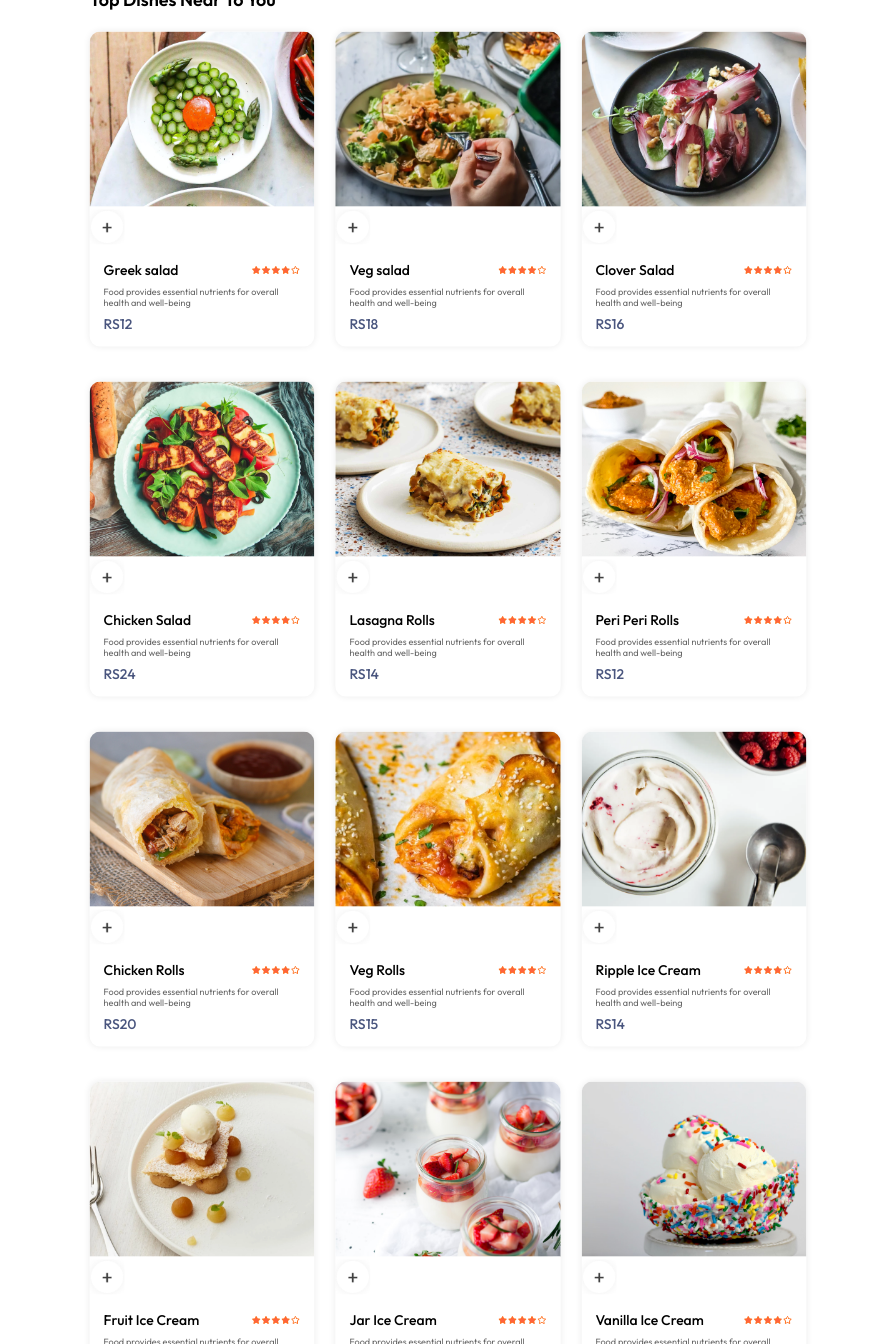
Repository: Attar786/Food-ordering-app
Page: / (app in frontend/)
An editor plug-in stored every save of this project. The page is shown before and after the next save, followed by the edit.
The browser window is 1280 px wide. The pictures show the part of the page from y = 943 to 2863 px (the page is 6438 px tall before and 5844 px after), at 70% of full size.
The project was rebuilt for these pictures with package versions that can differ from the ones it lists, and the page was loaded fresh each time. Also part of the build but not shown: frontend/vite.config.js, frontend/src/pages/Cart/Cart.css, frontend/src/pages/Cart/Cart.jsx, frontend/src/pages/PlaceOrder/PlaceOrder.css, frontend/src/pages/PlaceOrder/PlaceOrder.jsx.

Above is the page before, as saved 2024-07-26 18:49:40.

### frontend/src/main.jsx
import ReactDOM from 'react-dom/client'
import App from './App.jsx'
import './index.css'
import {BrowserRouter} from 'react-router-dom'
import StoreContextProvider from './context/StoreContext.jsx'
ReactDOM.createRoot(document.getElementById('root')).render(
<BrowserRouter>

<StoreContextProvider>
<App />
</StoreContextProvider>

    </BrowserRouter>
)

### frontend/src/App.jsx
import './index.css'
import Navbar from "./components/Navbar/Navbar"
import Home from './pages/Home/Home'
import Cart from './pages/Cart/Cart'
import PlaceOrder from './pages/PlaceOrder/PlaceOrder'
import { Route, Routes } from 'react-router-dom'


function App() {

  return (
    <>

  <div className='app'>
  <Navbar/>
<Routes>
<Route path='/' element={<Home/>}/>
<Route path='/cart' element={<Cart/>}/>
<Route path='/order' element={<PlaceOrder/>}/>

</Routes>
  </div>
    </>
  )
}

export default App

### frontend/src/index.css
@import url('https://fonts.googleapis.com/css2?family=Outfit:wght@100..900&display=swap');


*{
margin: 0;
padding: 0;
 box-sizing: border-box;
 font-family: outfit;
}
body{
height: 100vh;
}
a{
text-decoration: none;
color : inherit;
}
.app{
    width: 80%;
    margin: auto;
}
@keyframes fadeIn{
    0%{
        opacity: 0;
    }
    100%{
        opacity: 1;
    }
}

### frontend/src/context/StoreContext.jsx
// import './StoreContext.css';
// import { createContext } from 'react';
// import { food_list } from '../assets/assets';
// export const StoreContext = createContext(null);

// const StoreContextProvider = (props) => {
//   const contextValue = {};
//   food_list
//   return (
//     <StoreContext.Provider value={contextValue}>
//       {props.children}
//     </StoreContext.Provider>
//   );
// };

// export default StoreContextProvider;

import './StoreContext.css';
import { createContext } from 'react';
import { food_list } from '../assets/assets'; // Ensure this path is correct and food_list is correctly exported

export const StoreContext = createContext(null);

const StoreContextProvider = (props) => {
  const contextValue = {
    food_list, // Assign food_list to contextValue
  };

  return (
    <StoreContext.Provider value={contextValue}>
      {props.children}
    </StoreContext.Provider>
  );
};

export default StoreContextProvider;

### frontend/src/components/Navbar/Navbar.jsx
import { useState } from 'react';
import './Navbar.css';
import { assets } from '../../assets/assets';

const Navbar = () => {
  const [menu, setMenu] = useState("home");

  const handleMenuClick = (menuItem) => {
    setMenu(menuItem);
  };

  return (
    <div className="Navbar">
      <img src={assets.logo} alt="Logo" className="logo" />
      <ul className="navbar-menu">
        <li onClick={() => handleMenuClick("home")} className={menu === "home" ? "active" : ""}>Home</li>
        <li onClick={() => handleMenuClick("menu")} className={menu === "menu" ? "active" : ""}>Menu</li>
        <li onClick={() => handleMenuClick("mobile-app")} className={menu === "mobile-app" ? "active" : ""}>Mobile App</li>
        <li onClick={() => handleMenuClick("contact-us")} className={menu === "contact-us" ? "active" : ""}>Contact Us</li>
      </ul>
      <div className="navbar-right">
        <img src={assets.search_icon} alt="search-icon" />
        <div>
          <img src={assets.basket_icon} alt="icons" />
          <div className="dot"></div>
        </div>
        <button>Sign In</button>
      </div>
    </div>
  );
}

export default Navbar;

### frontend/src/pages/Home/Home.jsx
import {useState} from 'react'
import Header from '../../components/Header/Header'
import ExploreMenu from '../../components/ExploreMenu/ExploreMenu'
import './Home.css'
import FoodDisplay from '../../components/FoodDisplay/FoodDisplay'

const Home = () => {
    const [category , setCategory ] = useState('All')
  return (
    <>
<Header/>
<ExploreMenu category={category} setCategory={setCategory}/>
<FoodDisplay category={category} />

</>
)
}

export default Home

### frontend/src/assets/assets.js
import basket_icon from './basket_icon.png'
import logo from './logo.png'
import header_img from './header_img.png'
import search_icon from './search_icon.png'
import menu_1 from './menu_1.png'
import menu_2 from './menu_2.png'
import menu_3 from './menu_3.png'
import menu_4 from './menu_4.png'
import menu_5 from './menu_5.png'
import menu_6 from './menu_6.png'
import menu_7 from './menu_7.png'
import menu_8 from './menu_8.png'

import food_1 from './food_1.png'
import food_2 from './food_2.png'
import food_3 from './food_3.png'
import food_4 from './food_4.png'
import food_5 from './food_5.png'
import food_6 from './food_6.png'
import food_7 from './food_7.png'
import food_8 from './food_8.png'
import food_9 from './food_9.png'
import food_10 from './food_10.png'
import food_11 from './food_11.png'
import food_12 from './food_12.png'
import food_13 from './food_13.png'
import food_14 from './food_14.png'
import food_15 from './food_15.png'
import food_16 from './food_16.png'
import food_17 from './food_17.png'
import food_18 from './food_18.png'
import food_19 from './food_19.png'
import food_20 from './food_20.png'
import food_21 from './food_21.png'
import food_22 from './food_22.png'
import food_23 from './food_23.png'
import food_24 from './food_24.png'
import food_25 from './food_25.png'
import food_26 from './food_26.png'
import food_27 from './food_27.png'
import food_28 from './food_28.png'
import food_29 from './food_29.png'
import food_30 from './food_30.png'
import food_31 from './food_31.png'
import food_32 from './food_32.png'

import add_icon_white from './add_icon_white.png'
import add_icon_green from './add_icon_green.png'
import remove_icon_red from './remove_icon_red.png'
import app_store from './app_store.png'
import play_store from './play_store.png'
import linkedin_icon from './linkedin_icon.png'
import facebook_icon from './facebook_icon.png'
import twitter_icon from './twitter_icon.png'
import cross_icon from './cross_icon.png'
import selector_icon from './selector_icon.png'
import rating_starts from './rating_starts.png'
import profile_icon from './profile_icon.png'
import bag_icon from './bag_icon.png'
import logout_icon from './logout_icon.png'
import parcel_icon from './parcel_icon.png'

export const assets = {
    logo,
    basket_icon,
    header_img,
    search_icon,
    rating_starts,
    add_icon_green,
    add_icon_white,
    remove_icon_red,
    app_store,
    play_store,
    linkedin_icon,
    facebook_icon,
    twitter_icon,
    cross_icon,
    selector_icon,
    profile_icon,
    logout_icon,
    bag_icon,
    parcel_icon
}

export const menu_list = [
    {
        menu_name: "Salad",
        menu_image: menu_1
    },
    {
        menu_name: "Rolls",
        menu_image: menu_2
    },
    {
        menu_name: "Deserts",
        menu_image: menu_3
    },
    {
        menu_name: "Sandwich",
        menu_image: menu_4
    },
    {
        menu_name: "Cake",
        menu_image: menu_5
    },
    {
        menu_name: "Pure Veg",
        menu_image: menu_6
    },
    {
        menu_name: "Pasta",
        menu_image: menu_7
    },
    {
        menu_name: "Noodles",
        menu_image: menu_8
    }]

export const food_list = [
    {
        _id: "1",
        name: "Greek salad",
        image: food_1,
        price: 12,
        description: "Food provides essential nutrients for overall health and well-being",
        category: "Salad"
    },
    {
        _id: "2",
        name: "Veg salad",
        image: food_2,
        price: 18,
        description: "Food provides essential nutrients for overall health and well-being",
        category: "Salad"
    }, {
        _id: "3",
        name: "Clover Salad",
        image: food_3,
        price: 16,
        description: "Food provides essential nutrients for overall health and well-being",
        category: "Salad"
    }, {
        _id: "4",
        name: "Chicken Salad",
        image: food_4,
        price: 24,
        description: "Food provides essential nutrients for overall health and well-being",
        category: "Salad"
    }, {
        _id: "5",
        name: "Lasagna Rolls",
        image: food_5,
        price: 14,
        description: "Food provides essential nutrients for overall health and well-being",
        category: "Rolls"
    }, {
        _id: "6",
        name: "Peri Peri Rolls",
        image: food_6,
        price: 12,
        description: "Food provides essential nutrients for overall health and well-being",
        category: "Rolls"
    }, {
        _id: "7",
        name: "Chicken Rolls",
        image: food_7,
        price: 20,
        description: "Food provides essential nutrients for overall health and well-being",
        category: "Rolls"
    }, {
        _id: "8",
        name: "Veg Rolls",
        image: food_8,
        price: 15,
        description: "Food provides essential nutrients for overall health and well-being",
        category: "Rolls"
    }, {
        _id: "9",
        name: "Ripple Ice Cream",
        image: food_9,
        price: 14,
        description: "Food provides essential nutrients for overall health and well-being",
        category: "Deserts"
    }, {
        _id: "10",
        name: "Fruit Ice Cream",
        image: food_10,
        price: 22,
        description: "Food provides essential nutrients for overall health and well-being",
        category: "Deserts"
    }, {
        _id: "11",
        name: "Jar Ice Cream",
        image: food_11,
        price: 10,
        description: "Food provides essential nutrients for overall health and well-being",
        category: "Deserts"
    }, {
        _id: "12",
        name: "Vanilla Ice Cream",
        image: food_12,
        price: 12,
        description: "Food provides essential nutrients for overall health and well-being",
        category: "Deserts"
    },
    {
        _id: "13",
        name: "Chicken Sandwich",
        image: food_13,
        price: 12,
        description: "Food provides essential nutrients for overall health and well-being",
        category: "Sandwich"
    },
    {
        _id: "14",
        name: "Vegan Sandwich",
        image: food_14,
        price: 18,
        description: "Food provides essential nutrients for overall health and well-being",
        category: "Sandwich"
    }, {
        _id: "15",
        name: "Grilled Sandwich",
        image: food_15,
        price: 16,
        description: "Food provides essential nutrients for overall health and well-being",
        category: "Sandwich"
    }, {
        _id: "16",
        name: "Bread Sandwich",
        image: food_16,
        price: 24,
        description: "Food provides essential nutrients for overall health and well-being",
        category: "Sandwich"
    }, {
        _id: "17",
        name: "Cup Cake",
        image: food_17,
        price: 14,
        description: "Food provides essential nutrients for overall health and well-being",
        category: "Cake"
    }, {
        _id: "18",
        name: "Vegan Cake",
        image: food_18,
        price: 12,
        description: "Food provides essential nutrients for overall health and well-being",
        category: "Cake"
    }, {
        _id: "19",
        name: "Butterscotch Cake",
        image: food_19,
        price: 20,
        description: "Food provides essential nutrients for overall health and well-being",
        category: "Cake"
    }, {
        _id: "20",
        name: "Sliced Cake",
        image: food_20,
        price: 15,
        description: "Food provides essential nutrients for overall health and well-being",
        category: "Cake"
    }, {
        _id: "21",
        name: "Garlic Mushroom ",
        image: food_21,
        price: 14,
        description: "Food provides essential nutrients for overall health and well-being",
        category: "Pure Veg"
    }, {
        _id: "22",
        name: "Fried Cauliflower",
        image: food_22,
        price: 22,
        description: "Food provides essential nutrients for overall health and well-being",
        category: "Pure Veg"
    }, {
        _id: "23",
        name: "Mix Veg Pulao",
        image: food_23,
        price: 10,
        description: "Food provides essential nutrients for overall health and well-being",
        category: "Pure Veg"
    }, {
        _id: "24",
        name: "Rice Zucchini",
        image: food_24,
        price: 12,
        description: "Food provides essential nutrients for overall health and well-being",
        category: "Pure Veg"
    },
    {
        _id: "25",
        name: "Cheese Pasta",
        image: food_25,
        price: 12,
        description: "Food provides essential nutrients for overall health and well-being",
        category: "Pasta"
    },
    {
        _id: "26",
        name: "Tomato Pasta",
        image: food_26,
        price: 18,
        description: "Food provides essential nutrients for overall health and well-being",
        category: "Pasta"
    }, {
        _id: "27",
        name: "Creamy Pasta",
        image: food_27,
        price: 16,
        description: "Food provides essential nutrients for overall health and well-being",
        category: "Pasta"
    }, {
        _id: "28",
        name: "Chicken Pasta",
        image: food_28,
        price: 24,
        description: "Food provides essential nutrients for overall health and well-being",
        category: "Pasta"
    }, {
        _id: "29",
        name: "Buttter Noodles",
        image: food_29,
        price: 14,
        description: "Food provides essential nutrients for overall health and well-being",
        category: "Noodles"
    }, {
        _id: "30",
        name: "Veg Noodles",
        image: food_30,
        price: 12,
        description: "Food provides essential nutrients for overall health and well-being",
        category: "Noodles"
    }, {
        _id: "31",
        name: "Somen Noodles",
        image: food_31,
        price: 20,
        description: "Food provides essential nutrients for overall health and well-being",
        category: "Noodles"
    }, {
        _id: "32",
        name: "Cooked Noodles",
        image: food_32,
        price: 15,
        description: "Food provides essential nutrients for overall health and well-being",
        category: "Noodles"
    }
]

### frontend/src/components/Navbar/Navbar.css
.Navbar{
    padding: 20px 0;
    display: flex;
    justify-content: space-between;
    align-items: center;
}
.Navbar .logo{
    width: 150px;
}
.navbar-menu{
    display: flex;
    list-style: none;
    gap: 20px;
    font: 18px;
    color: #49557e;
    cursor: pointer;
}
.navbar-right{
    display: flex;
    align-items: center;
    gap: 25px;

}
.Navbar button{
    font-size: 15px;
    border: 1px solid #49557e;
    background: transparent;
    padding: 10px 25px;
    cursor: pointer;
    border-radius: 40px;
    transition: 0.3s;
}
.Navbar button:hover{
    background-color: #fff4f2;
}
.Navbar .navbar-menu .active{
    padding-bottom: 2px;
    border-bottom: 2px solid #49557e;

}
.search-icon{
    position: relative;
}
/* .search-icon .dot{ */
    /* position: absolute;
    top: -5px;
    right: -5px;
    width: 10px;
    height: 10px;
    background-color: blue;
    border-radius: 50%;
} */
.dot {
    position: absolute;
    top: 12px; /* Adjust as needed */
    right: 268px; /* Adjust as needed */
    width: 10px;
    height: 10px;

    background-color: tomato;
    border-radius: 50%;
  }

### frontend/src/components/Header/Header.jsx
import "./Header.css";
const Header = () => {
  return (
    <div className="header">
      <div className="header-contents">
        <h2>order your Favourite Food Here</h2>
        <p>
          Lorem ipsum dolor sit amet consectetur adipisicing elit. Ab,
          repudiandae. Odio architecto libero enim minima.
        </p>
        <button>View Menu</button>
      </div>
    </div>
  );
};

export default Header;

### frontend/src/components/ExploreMenu/ExploreMenu.jsx
import './ExploreMenu.css'
import { menu_list } from '../../assets/assets';
import PropTypes from 'prop-types'
const ExploreMenu = ({ category, setCategory }) => {
  return (
    <div className='explore-menu' id='explore-menu'>
      <h1 className='explore-menu-title'>Explore our Menu</h1>
      <p className='explore-menu-text'>Lorem ipsum dolor sit, amet consectetur adipisicing elit. Quam, eos?</p>
      <div className='explore-menu-list'>
        {menu_list.map((item, index) => {
          return (
            <div onClick={() => setCategory(prev => prev === item.menu_name ? "All" : item.menu_name)} key={index} className='explore-menu-list-item'>
              <img className={category === item.menu_name ? "active" : ""} src={item.menu_image} alt="" />
              <p>{item.menu_name}</p>
            </div>
          )
        })}
      </div>
      <hr />
    </div>
  )
}
    ExploreMenu.propTypes = {
    category: PropTypes.string.isRequired,
    setCategory: PropTypes.func.isRequired,
  };

export default ExploreMenu;

### frontend/src/components/FoodDisplay/FoodDisplay.jsx
import { useContext } from 'react';
import './FoodDisplay.css';
import { StoreContext } from '../../context/StoreContext';
import FoodItem from '../FoodItem/FoodItem';
const FoodDisplay = ({ category }) => {
  const { food_list } = useContext(StoreContext);
  if (!food_list) {
    return <div>Loading...</div>; // Handle loading state or error
  }
  return (
    <div className='food-display' id='food-display'>
      <h2>Top Dishes Near To You</h2>
      <div className='food-display-list'>
        {food_list.map((item, index) => (
          <FoodItem
            key={index}
            id={item._id}
            name={item.name}
            description={item.description}
            price={item.price}
            image={item.image}
          />
        ))}
      </div>
    </div>
  );
};

export default FoodDisplay;

### frontend/src/components/Header/Header.css
.header{
    height: 35vw;
    margin: 30px auto;
    background: url('/header_img.png') no-repeat;
    background-size: contain;
    position: relative;
}
.header-contents{
position: absolute;
display: flex;
flex-direction: column;
align-items: start;
gap: 1.5vw;
max-width: 50%;
bottom: 10%;
left: 6vw;
animation: fadeIn 3s;
}

.header-contents h2{
    font-weight: 500;
    color: white;
    font-size: max(4.5vw, 22px);
}
.header-contents p{
    color: white;
    font-size: 1vw;

}
.header-contents button{
    font-weight: 500;
    color: #747474;
    border: none;
    padding: 1vw 2.3vw;
    background-color: white;
    border-radius: 50px;
    font-size: max(1vw,12px);


}

### frontend/src/components/ExploreMenu/ExploreMenu.css
.explore-menu{
    display: flex;
    flex-direction: column;
    gap: 20px;
}
.explore-menu h1{
    color: #262626;
    font-weight: 500;
}
.explore-menu-text{
    max-width: 60%;
    columns: #808080;
}
.explore-menu-list {
    display: flex;
    justify-content: space-between;
    align-items:center;
    gap: 30px;
    text-align: center;
    margin: 20px 0px;
    overflow: scroll;
}
.explore-menu-list::-webkit-scrollbar{
    display: none;
}
.explore-menu-list-item img{
    width: 7.5vw;
    min-width: 85px;
    cursor: pointer;
    border-radius: 50%;
    transition: 0.3s;
}

.explore-menu-list-item p{
    cursor: pointer;
    color: #747474;
    font-size: max(1.4vw, 16px)
}
.explore-menu hr{
    margin: 10px 0px;
    height: 2px;
    color: #e2e2e2;
    border: none;
}
.explore-menu-list-item .active{
    border:3px solid tomato;
    padding: 2px;
}

### frontend/src/components/FoodDisplay/FoodDisplay.css
.food-display{
    margin-top: 30px;
}
.food-display h2{
    font-size: max(2vw, 24px);
    font-weight: 600;
}
.food-display-list{
    display: grid;
    grid-template-columns: repeat(auto-fill,minmax(240px,1fr));
    margin-top: 30px;
    gap: 30px;
    row-gap: 50px;
}

### frontend/src/components/FoodItem/FoodItem.jsx
import './FoodItem.css';
import { assets } from '../../assets/assets';
import { useState } from 'react';

const FoodItem = ({ id, name, price, description, image }) => {
  const [itemCount, setItemCount] = useState(0);

  return (
    <div className='food-item'>
      <div className='food-item-img-container'>
        <img className='food-item-image' src={image} alt={name} />
        {
          !itemCount
            ? <img className='add' onClick={() => setItemCount(prev => prev + 1)} src={assets.add_icon_white} alt="" />
            : <div>
                <img onClick={() => setItemCount(prev => prev > 0 ? prev - 1 : 0)} src={assets.remove_icon_red} alt="" />
                <p>{itemCount}</p>
                <img onClick={() => setItemCount(prev => prev + 1)} src={assets.add_icon_green} alt="" />
              </div>
        }
      </div>
      <div className='food-item-info'>
        <div className='food-item-name-rating'>
          <p>{name}</p>
          <img src={assets.rating_starts} alt="Rating" />
        </div>
        <p className='food-item-description'>
          {description}
        </p>
        <p className='food-item-price'>RS{price}</p>
      </div>
    </div>
  );
};

export default FoodItem;

### frontend/src/components/FoodItem/FoodItem.css
.food-item{
    width: 100%;
    border-radius: 15px;
    box-shadow: 0px 0px 10px #00000015;
    transition: 0.3s;
    animation: fadeIn 1s;
}
.food-item-image{
    width: 100%;
    border-radius : 15px 15px 0px 0px;
}

.food-item-info{
    padding: 20px;
}
.food-item-name-rating{
    display: flex;
    justify-content: space-between;
    align-items: center;
    margin-bottom: 10px;
}
.food-item-name-rating p{
    font-size: 20px;
    font-weight: 500;

}
.food-item-name-rating img {
    width: 70px;

}
.food-item-description{
    color: #676767;
    font-size: 13px;
}
.food-item-price{
    margin-top: 10px;
    color: #49557e;
    font-size: 20px;
    font-weight: 500;
}
.food-item-img-container{
    position: relative;
}

Loaded but not shown: frontend/index.html (common file); frontend/src/context/StoreContext.css (no stored copy; drawn as an empty file); frontend/src/pages/Home/Home.css (no stored copy; drawn as an empty file)

After the next save:
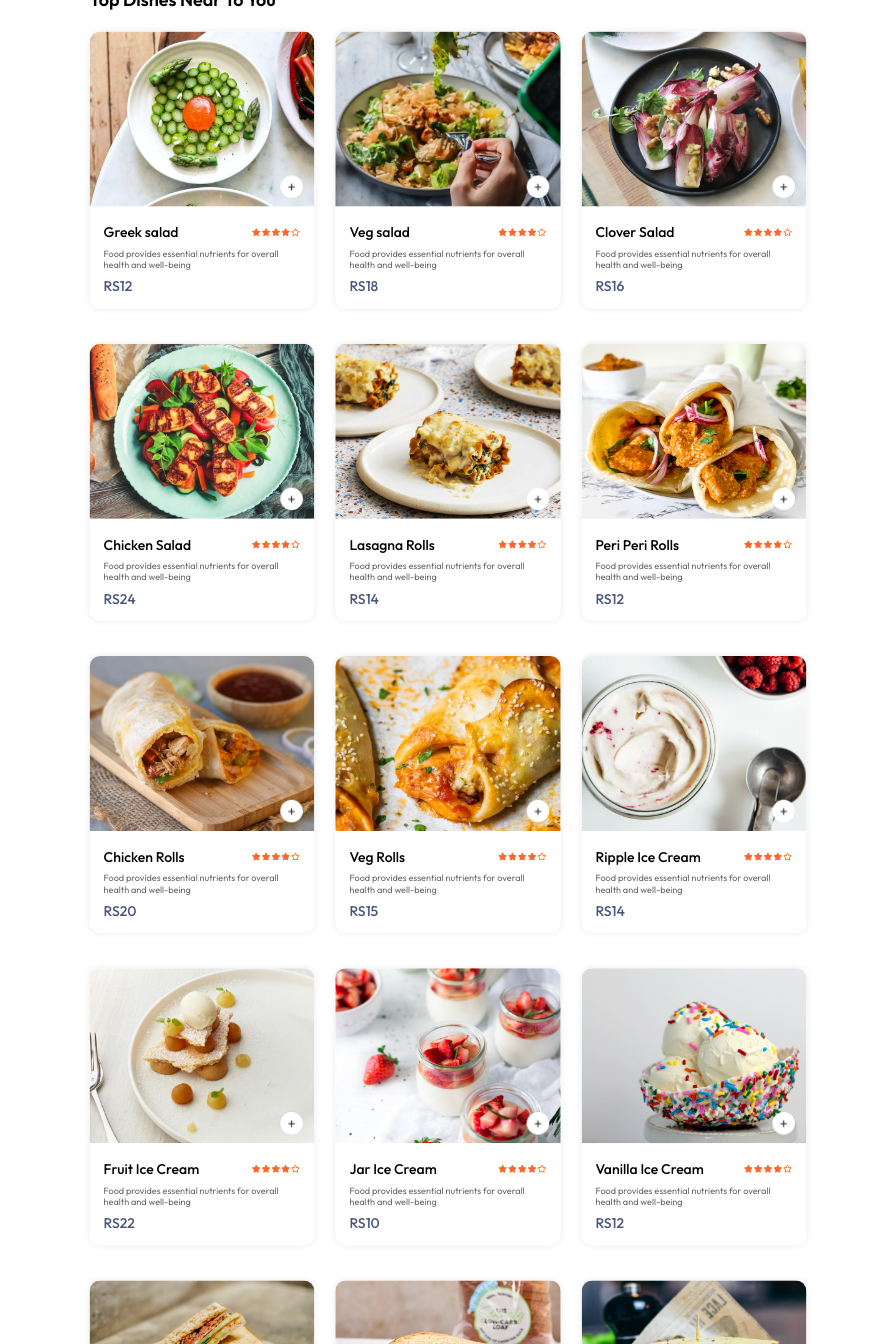
Saved 98 s later.
--- a/frontend/src/components/FoodItem/FoodItem.css
+++ b/frontend/src/components/FoodItem/FoodItem.css
@@ -41,3 +41,12 @@
 .food-item-img-container{
     position: relative;
 }
+
+.food-item-img-container .add{
+    width: 35px;
+    position:absolute;
+    bottom: 15px;
+    right: 15px;
+    cursor: pointer;
+    border-radius: 50%;
+}
